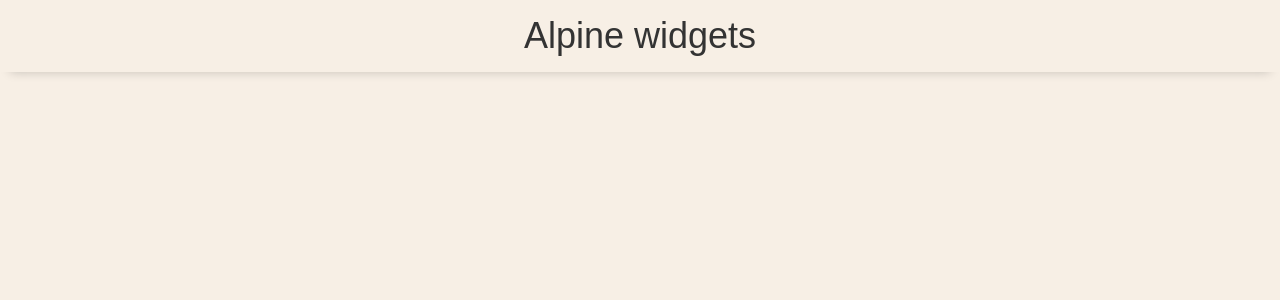
Repository: lasity34/alpine-bootcamp-widgets
Page: index.html
These files come from the project's save history. The page is drawn as it stood at one moment and after the next save; the edit follows.
The browser window is 1280 px wide. The pictures show the whole page.
Some web fonts or font styles are not loaded; a fallback is used. Some web libraries are served in a nearby version.

Above is the page before, as saved 2023-07-12 11:01:48.

### index.html
<!DOCTYPE html>
<html lang="en">
<head>
    <meta charset="UTF-8">
    <meta name="viewport" content="width=device-width, initial-scale=1.0">
    <title>Alpine bootcamp widgets</title>
    <script src="//unpkg.com/alpinejs" defer></script>
    <link
      href="https://cdn.jsdelivr.net/npm/tailwindcss@2.1.2/dist/tailwind.min.css"
      rel="stylesheet"
    />
    <link rel="preconnect" href="https://fonts.googleapis.com">
<link rel="preconnect" href="https://fonts.gstatic.com" crossorigin>
<link href="https://fonts.googleapis.com/css2?family=Titillium+Web:ital@0;1&family=Tsukimi+Rounded:wght@300;400;500&display=swap" rel="stylesheet">
    <link rel="stylesheet" href="./style.css">
</head>
<body >
    <h1 class="text-4xl text-center mt-4 pb-4" >Alpine widgets</h1>
    <section x-data="greet">

    </section>
    <script src="./greet.js"></script>
</body>
</html>

### style.css
body {
    background-color:rgb(247, 239, 229);

    font-family: 'Tsukimi Rounded', sans-serif;
}

h1 {
    box-shadow: 0 10px 10px -10px rgba(0,0,0,0.2);
    font-family: 'Tsukimi Rounded', sans-serif;
    color: #333;
}

### greet.js


function greet() {

}



document.addEventListener("alpine:init", () => {
    Alpine.data("greet", greet);
  });

After the next save:
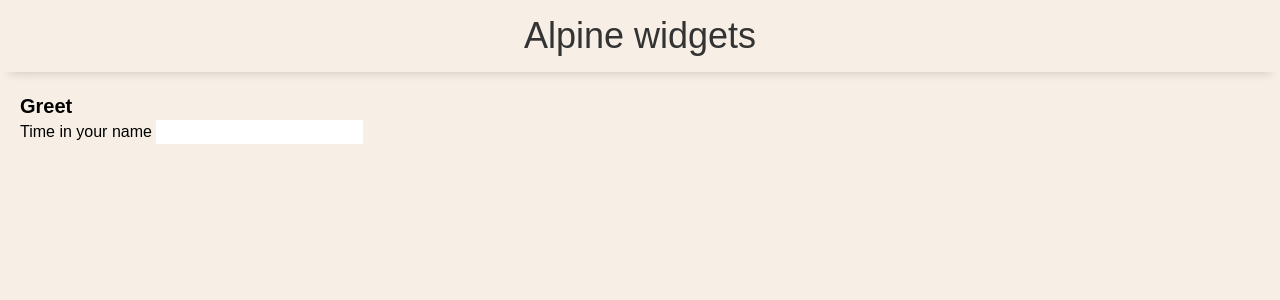
Saved 2 min 15 s later.
--- a/index.html
+++ b/index.html
@@ -16,9 +16,17 @@
 </head>
 <body >
     <h1 class="text-4xl text-center mt-4 pb-4" >Alpine widgets</h1>
-    <section x-data="greet">
+    <div>
+      <section class="p-5" x-data="greet">
+        <h2 class="text-xl font-bold">Greet</h2>
+        <div>
+          <label>Time in your name</label>
+          <input type="text" />
 
-    </section>
+        </div>
+      </section>
+    </div>
+
     <script src="./greet.js"></script>
 </body>
 </html>
